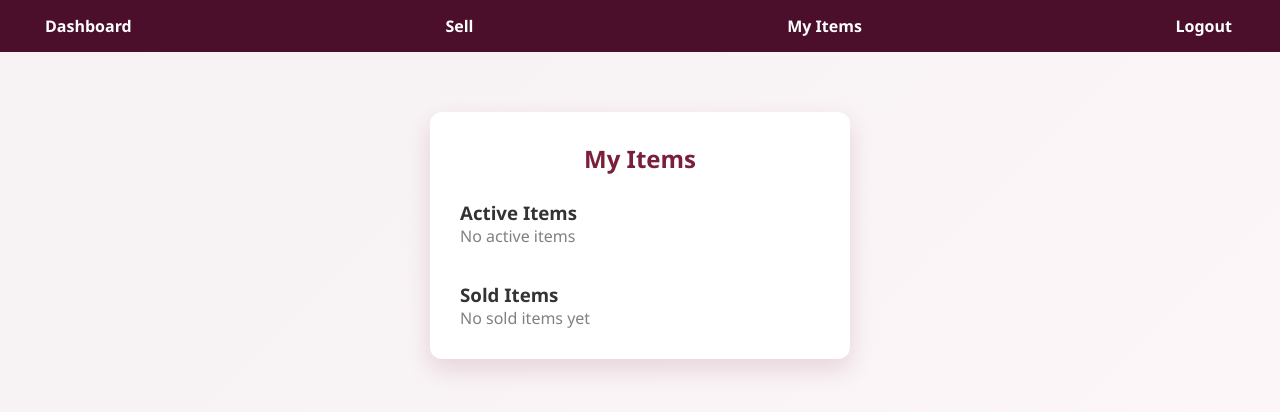
Repository: Sanjaya1822/Campus-Exchange
Page: http://localhost/CampusExchange/myItems.jsp
These files come from the project's save history. The page is drawn as it stood at one moment and after the next save; the edit follows.
The browser window is 1280 px wide. The pictures show the whole page.
The page is served by Tomcat 9. The session is filled in as if someone had signed in: {"userEmail": "test@example.com"}. Queries for data that is not in the repository find no rows.

Above is the page before, as saved 2026-02-02 17:05:52.

After the next save:
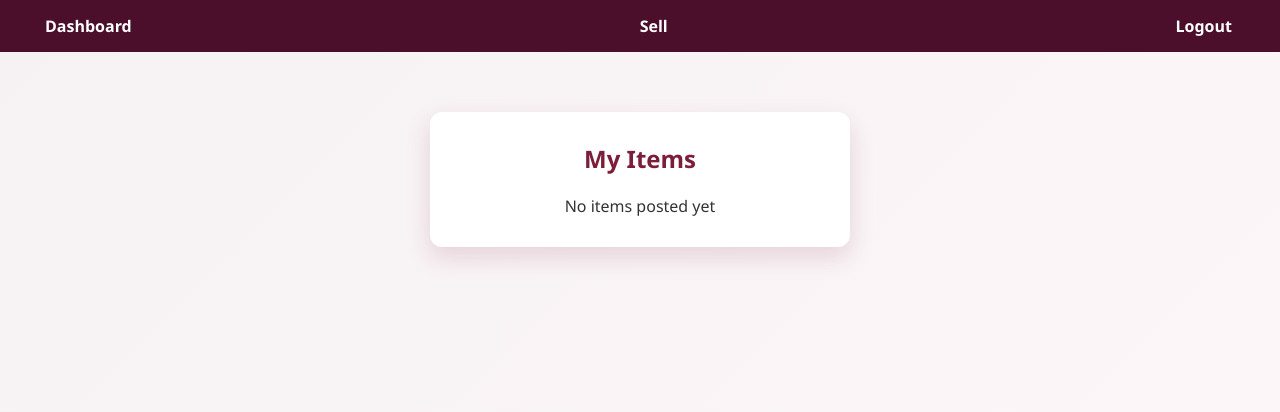
Saved 16 min 46 s later.
--- a/CampusExchange/src/main/webapp/myItems.jsp
+++ b/CampusExchange/src/main/webapp/myItems.jsp
@@ -1,9 +1,7 @@
-<%@ page language="java" contentType="text/html; charset=UTF-8" pageEncoding="UTF-8"%>
 <%@ page import="java.sql.*" %>
 <%@ page import="com.campusexchange.db.DBConnection" %>
 
 <%
-    // SESSION CHECK
     HttpSession sess = request.getSession(false);
     if (sess == null || sess.getAttribute("userEmail") == null) {
         response.sendRedirect("login.jsp");
@@ -17,84 +15,64 @@
 <!DOCTYPE html>
 <html>
 <head>
-    <title>My Items - CampusExchange</title>
+    <title>My Items</title>
     <link rel="stylesheet" href="css/style.css">
 </head>
 <body>
 
-<!-- NAVBAR -->
 <div class="navbar">
     <a href="dashboard.jsp">Dashboard</a>
     <a href="sell.jsp">Sell</a>
-    <a href="myItems.jsp">My Items</a>
     <a href="logout">Logout</a>
 </div>
 
 <div class="auth-container">
-
-    <h2 style="text-align:center;">My Items</h2>
-
-    <h3 style="margin-top:25px;">Active Items</h3>
-
-    <%
-        PreparedStatement psActive = con.prepareStatement(
-            "SELECT * FROM items WHERE seller_email=? AND status='AVAILABLE'"
-        );
-        psActive.setString(1, userEmail);
-        ResultSet rsActive = psActive.executeQuery();
-
-        boolean hasActive = false;
-        while (rsActive.next()) {
-            hasActive = true;
-    %>
-        <div class="item-card">
-            <h4><%= rsActive.getString("title") %></h4>
-            <p>₹ <%= rsActive.getDouble("price") %></p>
-            <a href="itemDetails.jsp?id=<%= rsActive.getInt("id") %>">
-                View Item
-            </a>
-        </div>
-    <%
-        }
-        if (!hasActive) {
-    %>
-        <p style="color:gray;">No active items</p>
-    <%
-        }
-    %>
-
-    <h3 style="margin-top:35px;">Sold Items</h3>
-
-    <%
-        PreparedStatement psSold = con.prepareStatement(
-            "SELECT * FROM items WHERE seller_email=? AND status='SOLD'"
-        );
-        psSold.setString(1, userEmail);
-        ResultSet rsSold = psSold.executeQuery();
-
-        boolean hasSold = false;
-        while (rsSold.next()) {
-            hasSold = true;
-    %>
-        <div class="item-card sold">
-            <h4><%= rsSold.getString("title") %></h4>
-            <p>₹ <%= rsSold.getDouble("price") %></p>
-            <span style="color:red;">SOLD</span>
-        </div>
-    <%
-        }
-        if (!hasSold) {
-    %>
-        <p style="color:gray;">No sold items yet</p>
-    <%
-        }
-    %>
-
-</div>
+    <h2>My Items</h2>
 
 <%
+    PreparedStatement ps = con.prepareStatement(
+        "SELECT * FROM items WHERE seller_email=? ORDER BY id DESC"
+    );
+    ps.setString(1, userEmail);
+    ResultSet rs = ps.executeQuery();
+
+    boolean hasItems = false;
+
+    while (rs.next()) {
+        hasItems = true;
+%>
+
+    <div class="item-card">
+        <img src="uploads/<%= rs.getString("image") %>">
+        <h3><%= rs.getString("title") %></h3>
+        <p>₹ <%= rs.getDouble("price") %></p>
+        <p>Status: <b><%= rs.getString("status") %></b></p>
+
+        <div class="btn-row">
+            <form action="markSold" method="post">
+                <input type="hidden" name="itemId" value="<%= rs.getInt("id") %>">
+                <button class="btn-sold">Mark Sold</button>
+            </form>
+
+            <form action="deleteItem" method="post"
+                  onsubmit="return confirm('Delete this item permanently?');">
+                <input type="hidden" name="itemId" value="<%= rs.getInt("id") %>">
+                <button class="btn-delete">Delete</button>
+            </form>
+        </div>
+    </div>
+
+<%
+    }
+
+    if (!hasItems) {
+%>
+    <p style="text-align:center;">No items posted yet</p>
+<%
+    }
     con.close();
 %>
 
+</div>
 </body>
 </html>
